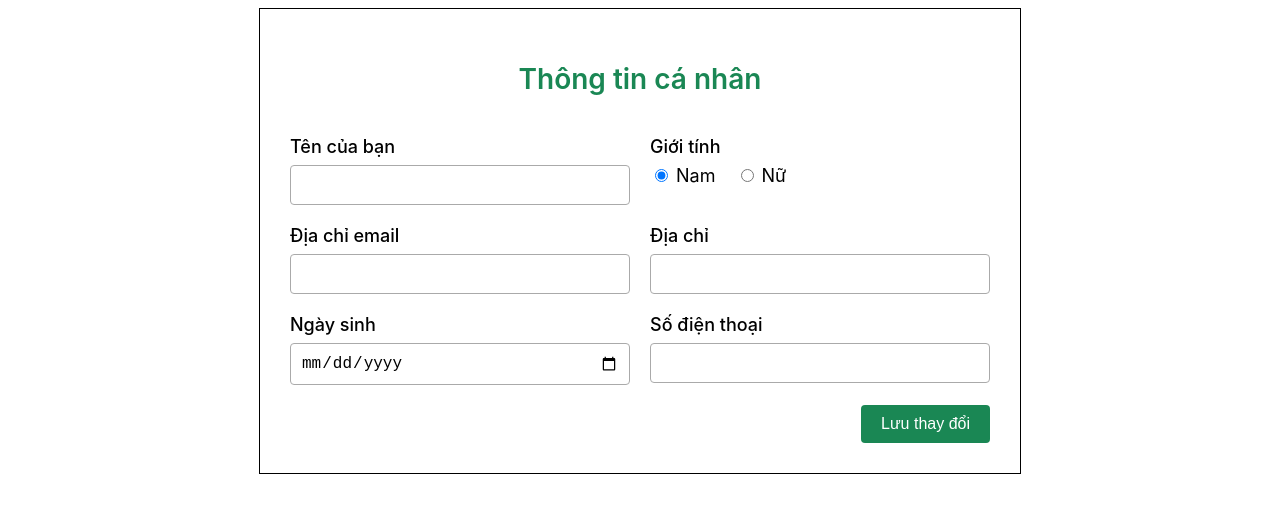
Repository: LearningSan/qlnxBE
Page: Loginservlet/src/main/webapp/Taikhoan/taikhoan.html
The author's editor kept a copy of each file at every save. The page is drawn from the files as they stood at one save, then again after the next save.
The browser window is 1280 px wide. The pictures show the whole page.
The page's requests for data from a server got no answer.

Above is the page before, as saved 2025-05-13 16:32:58.

### Loginservlet/src/main/webapp/Taikhoan/taikhoan.html
<!DOCTYPE html>
<html lang="vi">

<head>
<meta charset="UTF-8">
<meta name="viewport" content="width=device-width, initial-scale=1.0">
<title>Tài khoản - Nhà xe Đông Nam Bộ</title>
<link rel="stylesheet" href="taikhoanstyle.css">
</head>

<body>
	<section class="main-content">
		<form class="user-details-form" action="/Loginservlet/Account"
			method="post">
			<h2 class="form-title">Thông tin cá nhân</h2>
			<div class="form-grid">
				<div class="form-group">
					<label for="fullname">Tên của bạn</label> <input type="text"
						id="fullname" name="fullname"  required>
				</div>

				<div class="form-group">
					<label>Giới tính</label>
					<div class="gender-options">
						<label><input type="radio" name="gender" value="Nam"
							checked> Nam</label> <label><input type="radio"
							name="gender" value="Nữ"> Nữ</label>
					</div>
				</div>

				<div class="form-group">
					<label for="email">Địa chỉ email</label> <input type="email"
						id="email" name="email" required>
				</div>
				<div class="form-group">
					<label for="email">Địa chỉ</label> <input type="text" id="diachi"
						name="diachi" required>
				</div>
				<div class="form-group">
					<label for="dob">Ngày sinh</label> <input type="date" id="ngaysinh"
						name="ngaysinh" required>
				</div>

				<div class="form-group">
					<label for="phone">Số điện thoại</label> <input type="text"
						id="phone" name="phone" required>
				</div>

				<div class="form-actions">
					<button type="submit" class="edit-button">Lưu thay đổi</button>
				</div>
			</div>
		</form>
	</section>

	<script>
  window.addEventListener("DOMContentLoaded", function () {
    fetch("/Loginservlet/accountinfo")
      .then(res => res.json())
      .then(data => {
        if (data.error) {
          alert(data.error);
        } else {
          document.getElementById("fullname").value = data.hoten;
          document.getElementById("email").value = data.email;
          document.getElementById("diachi").value = data.diachi;
          document.getElementById("ngaysinh").value = data.ngaysinh;
          document.getElementById("phone").value = data.taikhoan;
          const genderRadios = document.querySelectorAll("input[name='gender']");
          genderRadios.forEach(radio => {
            if (radio.value === data.gioitinh) {
              radio.checked = true;
            }
          });        }
      });
  });
</script>

</body>

</html>

### Loginservlet/src/main/webapp/Taikhoan/taikhoanstyle.css
/* Base styles and reset */
body {
  font-family: Inter, -apple-system, Roboto, Helvetica, sans-serif;
}

/* Main content area */
.main-content {
  display: flex;
  flex-direction: column;
  align-items: stretch;
}

/* User details form */
.user-details-form {
  background-color: #fff;
  border: 1px solid #000;
  padding: 30px;
  font-size: 18px;
  display: flex;
  flex-direction: column;
  gap: 30px;
  margin: 0 auto; /* Center the form horizontally */
  max-width: 700px; /* Optional: Set a max width for the form */
}

.form-title {
  font-size: 28px;
  font-weight: 600;
  color: #1a8754;
  margin-bottom: 10px;
  text-align: center; /* Center title text */
}

.form-grid {
  display: flex;
  flex-wrap: wrap;
  gap: 20px;
}

.form-group {
  flex: 1 1 45%;
  display: flex;
  flex-direction: column;
}

.form-group label {
  margin-bottom: 8px;
  font-weight: 500;
}

.form-group input[type="text"],
.form-group input[type="email"],
.form-group input[type="date"] {
  padding: 10px;
  font-size: 16px;
  border: 1px solid #aaa;
  border-radius: 4px;
}

.gender-options {
  display: flex;
  gap: 20px;
}

.gender-options label {
  font-weight: 400;
}

.form-actions {
  flex: 1 1 100%;
  display: flex;
  justify-content: flex-end;
}

.edit-button {
  background-color: #1a8754;
  color: #fff;
  padding: 10px 20px;
  font-size: 16px;
  border: none;
  cursor: pointer;
  border-radius: 4px;
}

After the next save:
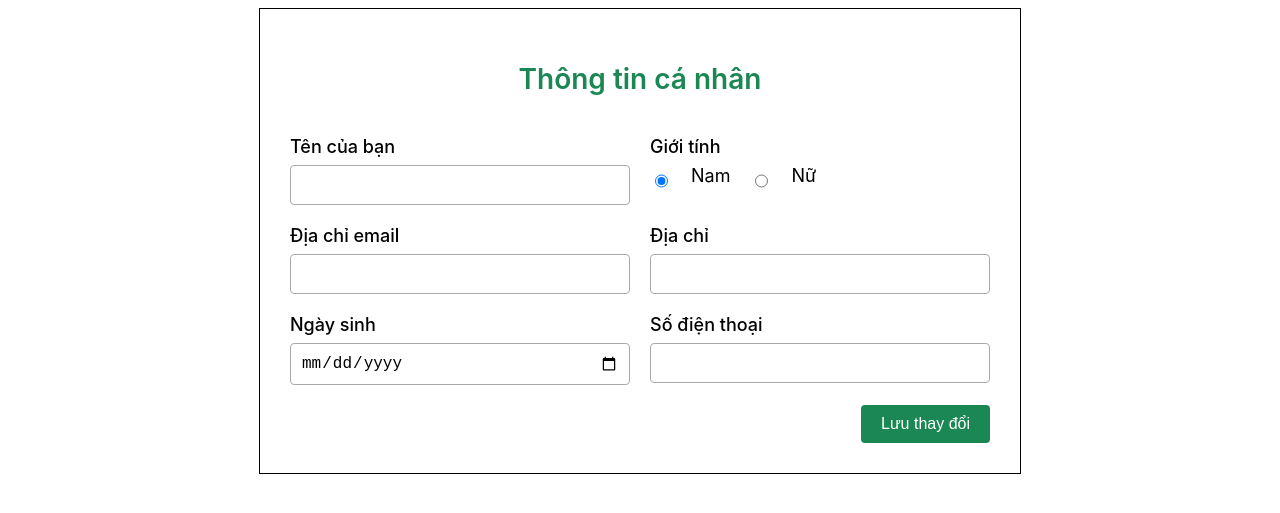
Saved 10 min 36 s later.
--- a/Loginservlet/src/main/webapp/Taikhoan/taikhoan.html
+++ b/Loginservlet/src/main/webapp/Taikhoan/taikhoan.html
@@ -22,9 +22,11 @@
 				<div class="form-group">
 					<label>Giới tính</label>
 					<div class="gender-options">
-						<label><input type="radio" name="gender" value="Nam"
-							checked> Nam</label> <label><input type="radio"
-							name="gender" value="Nữ"> Nữ</label>
+
+
+						<input type="radio" name="gender" value="Nam"checked> <label>Nam </label>
+						<input type="radio"
+							name="gender" value="Nữ"> <label>Nữ</label>
 					</div>
 				</div>
 
